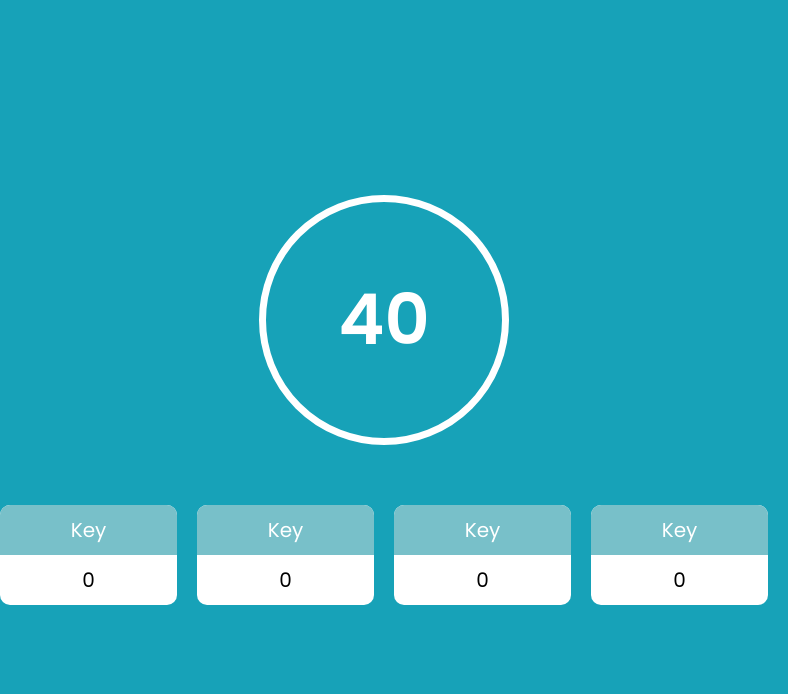
Repository: congnt98/Lean-javascript-in-project
Page: 30Days/6_Keydown/index.html
An editor plug-in stored every save of this project. The page is shown before and after a run of saves, followed by the edit.
The browser window is 768 px wide. The page is 788 px wide, so the pictures cover 788 px, including what lies to the right of the window. The pictures show the whole page.

Above is the page before, as saved 2024-02-22 10:29:18.

After the next 2 saves:
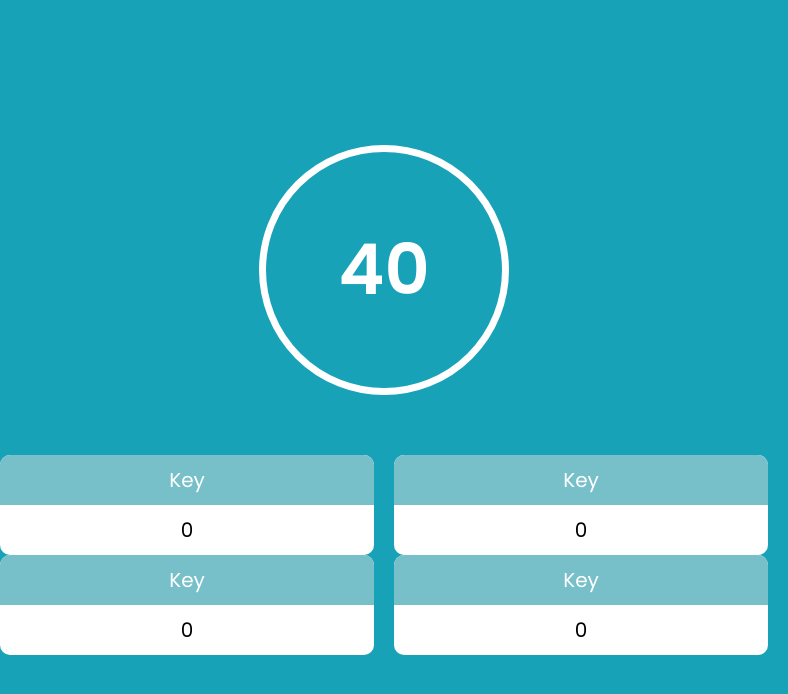
The 2 saves are shown as one change because they came seconds apart.
The last was saved 12 s later.
--- a/30Days/6_Keydown/style.css
+++ b/30Days/6_Keydown/style.css
@@ -94,6 +94,6 @@ body {
 @media (max-width:991px) {
     .box .detail {
         --gap: 20px;
-        --colums: 4;
+        --colums: 2;
     }
 }
